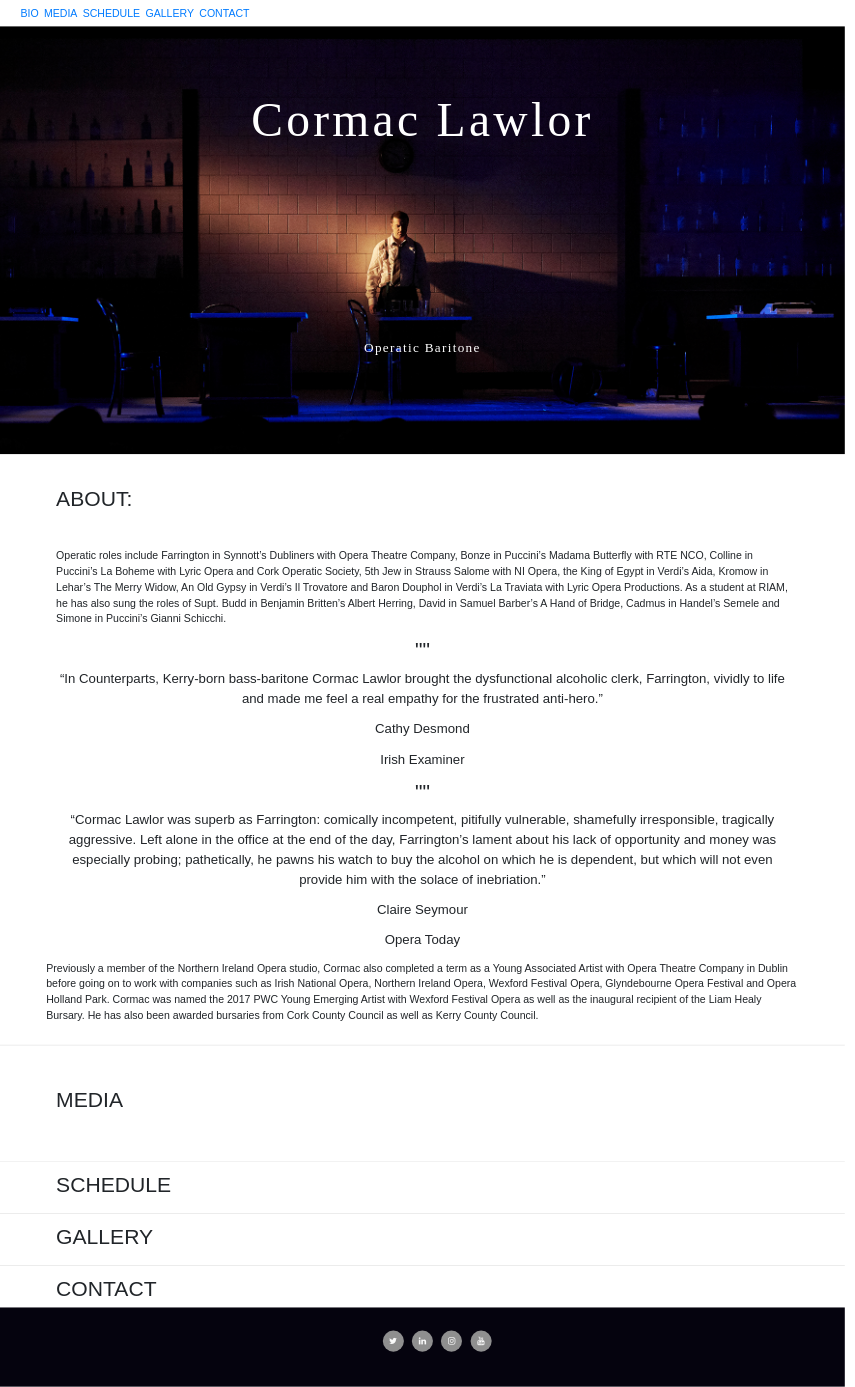
Repository: armedcor/frontend-project
Page: index.html
The author's editor kept a record of every edit. The page is drawn from the files as they stood at one moment, then again after the next edit.
The browser window is 1280 px wide. The page is 1295 px wide, so the pictures cover 1295 px, including what lies to the right of the window. The pictures show the whole page, at 66% of full size.
Backgrounds fixed to the window are drawn as part of the page. Some web fonts or font styles are not loaded; a fallback is used.

Above is the page before.

After the next edit:
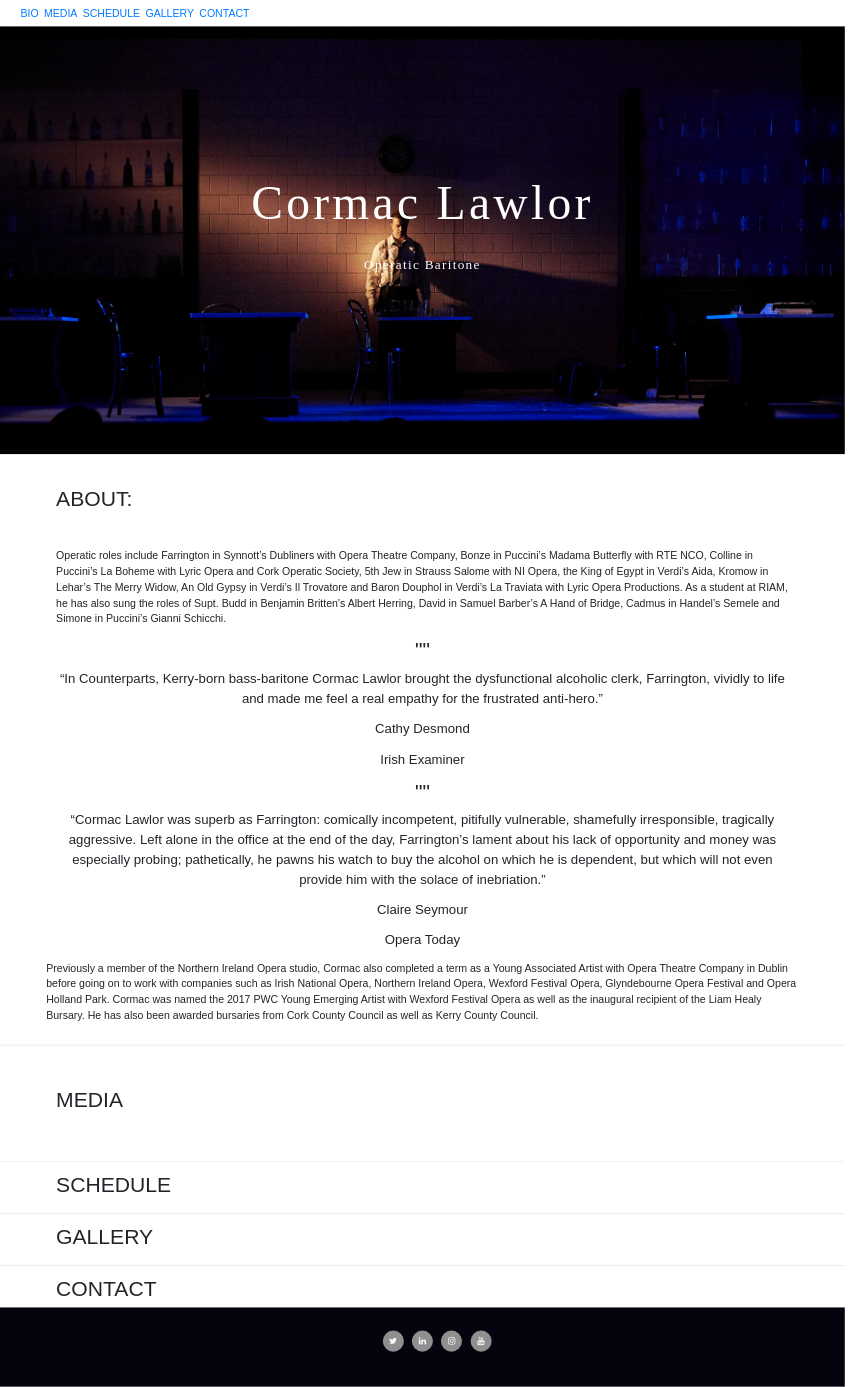
The edit:
--- a/assets/css/style.css
+++ b/assets/css/style.css
@@ -54,7 +54,6 @@
     color: white;
     letter-spacing: 5px;
     font-size: 72px;
-    height: 340px;
 }
 
 .jumbotron-text {
